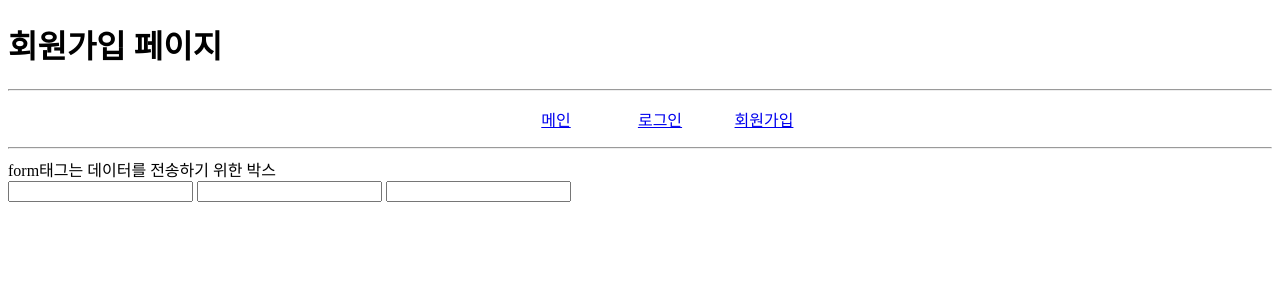
Repository: jchh0177/jsp-work
Page: http://localhost/cos/join.jsp
An editor plug-in stored every save of this project. The page is shown before and after the next save, followed by the edit.
The browser window is 1280 px wide. The pictures show the whole page.
The page is served by Tomcat 9. Other server files are loaded and not shown.

Above is the page before, as saved 2020-08-22 02:47:47.

### cos/WebContent/join.jsp
<%@ page language="java" contentType="text/html; charset=UTF-8"
    pageEncoding="UTF-8"%>
<!DOCTYPE html>
<html>
<head>
<meta charset="UTF-8">
<title>회원가입 페이지</title>
<style>
	ul {
		text-align: center;
	}
	li {
		display: inline-block;
		width: 100px;
	}
</style>
</head>
<body>
<h1>회원가입 페이지</h1>
<hr/>
<ul>
	<li><a href="main.jsp">메인</a></li>
	<li><a href="login.jsp">로그인</a></li>
	<li><a href="join.jsp">회원가입</a></li>
</ul>
<hr/>
form태그는 데이터를 전송하기 위한 박스
<form>
	<input type= "text" name="username"/>
	<input type= "password" name="password"/>
	<input type= "email" name="email"/>
</form>

</body>
</html>

After the next save:
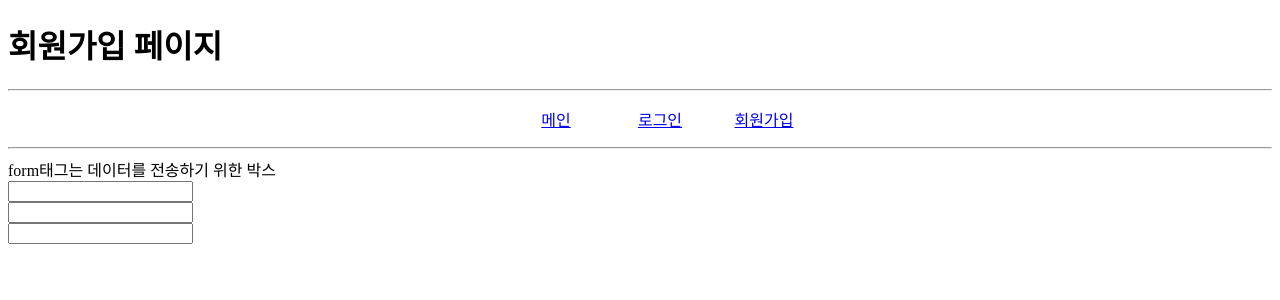
Saved 83 s later.
--- a/cos/WebContent/join.jsp
+++ b/cos/WebContent/join.jsp
@@ -26,9 +26,9 @@
 <hr/>
 form태그는 데이터를 전송하기 위한 박스
 <form>
-	<input type= "text" name="username"/>
-	<input type= "password" name="password"/>
-	<input type= "email" name="email"/>
+	<input type= "text" name="username"/> <br />
+	<input type= "password" name="password"/> <br />
+	<input type= "email" name="email"/> <br />
 </form>
 
 </body>
